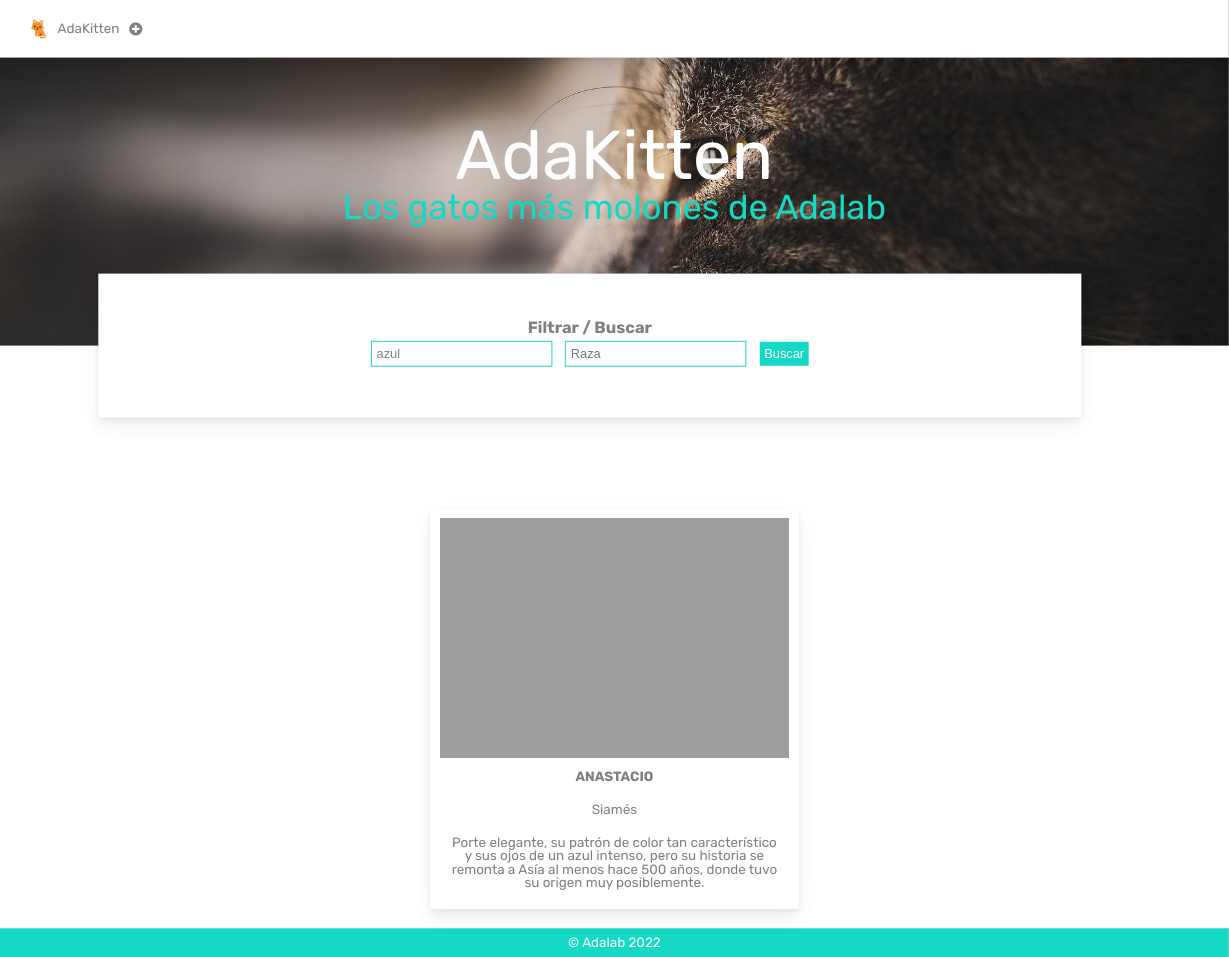
Repository: Adalab/promo-s-module-2-pair-7-sprint-1-ada-kitten
Page: index.html
The author's editor kept a copy of each file at every save. The page is drawn from the files as they stood at one save, then again after the next save.
The browser window is 1280 px wide. The pictures show the whole page, at 96% of full size.
Pictures or frames that could not be fetched are drawn as grey boxes. Some web libraries are served in a nearby version.

Above is the page before, as saved 2023-02-03 11:11:34.

### index.html
<!DOCTYPE html>
<html lang="es">
  <head>
    <meta charset="UTF-8" />
    <meta http-equiv="X-UA-Compatible" content="IE=edge" />
    <meta name="viewport" content="width=device-width, initial-scale=1.0" />
    <link rel="preconnect" href="https://fonts.googleapis.com" />
    <link rel="preconnect" href="https://fonts.gstatic.com" crossorigin />
    <link
      href="https://fonts.googleapis.com/css2?family=Rubik:wght@300;400;700&display=swap"
      rel="stylesheet"
    />
    <link
      rel="stylesheet"
      href="https://pro.fontawesome.com/releases/v5.10.0/css/all.css"
      integrity="sha384-AYmEC3Yw5cVb3ZcuHtOA93w35dYTsvhLPVnYs9eStHfGJvOvKxVfELGroGkvsg+p"
      crossorigin="anonymous"
    />
    <link rel="icon" href="./img/favicon.png" type="image/x-icon" />
    <link rel="stylesheet" href="./css/reset.css" />
    <link rel="stylesheet" href="./css/main.css" />
    <title>AdaKitten</title>
  </head>
  <body>
    <header class="header">
      <section class="logo">
        <img class="img" src="./img/favicon.png" alt="Logo de Adacats" />
        <h1>AdaKitten</h1>
        <nav class="menu-nav">
          <ul class="menu">
            <li class="item">
              <span class="fas fa-plus-circle"> </span>
            </li>
          </ul>
        </nav>
      </section>
    </header>

    <main>
      <section class="new-form collapsed js-new-form">
        <h2 class="title">¿Agregamos un nuevo gatito a Adalab?</h2>
        <form class="form">
          <input
            class="input"
            type="text"
            placeholder="Url de la foto"
            required
          />
          <input class="input" type="text" placeholder="Nombre" required />
          <input class="input" type="text" placeholder="Raza" />
          <input class="input" type="text" placeholder="Descripción" required />
          <label class=""></label>
          <button class="button">Añadir</button>
          <button class="button-cancel">Cancelar</button>
        </form>
      </section>

      <section class="about-us">
        <h1 class="title">AdaKitten</h1>
        <h2 class="subtitle">Los gatos más molones de Adalab</h2>
      </section>

      <section class="search">
        <h2 class="title">Filtrar / Buscar</h2>
        <form class="form">
          <input
            class="input js_in_search_desc"
            type="text"
            placeholder="Descripción"
            value="azul"
          />
          <input
            class="input"
            type="select"
            name="raza"
            placeholder="Raza"
            id="raza"
          />

          <button class="button">Buscar</button>
        </form>
      </section>

      <section class="data">
        <ul class="list js-list">
          <!--<li class="card">
            <article>
              <img
                class="card_img"
                src="https://dev.adalab.es/gato-siames.webp"
                alt="siames-cat"
              />
              <h3 class="card_title">Anastacio</h3>
              <h4 class="card_race">Siamés</h4>
              <p class="card_description">
                Porte elegante, su patrón de color tan característico y sus ojos
                de un azul intenso, pero su historia se remonta a Asía al menos
                hace 500 años, donde tuvo su origen muy posiblemente.
              </p>
            </article>
          </li>

          <li class="card">
            <img
              class="card_img"
              src="https://dev.adalab.es/sphynx-gato.webp"
              alt="sphynx-cat"
            />
            <h3 class="card_title">Fiona</h3>
            <h4 class="card_race">Sphynx</h4>
            <p class="card_description">
              Produce fascinación y curiosidad. Exótico, raro, bello, extraño…
              hasta con pinta de alienígena han llegado a definir a esta raza
              gatuna que se caracteriza por la «ausencia» de pelo.
            </p>
          </li>
          <li class="card">
            <img
              class="card_img"
              src="https://dev.adalab.es/maine-coon-cat.webp"
              alt="maine-coon-cat"
            />
            <h3 class="card_title">Cielo</h3>
            <h4 class="card_race">Maine Coon</h4>
            <p class="card_description">
              Tienen la cabeza cuadrada y los ojos simétricos, por lo que su
              bella mirada se ha convertido en una de sus señas de identidad.
              Sus ojos son grandes y las orejas resultan largas y en punta.
            </p>
          </li>-->
        </ul>
      </section>
    </main>
    <footer class="footer">
      <h3 class="subtittle">&copy; Adalab 2022</h3>
    </footer>
    <script src="./js/script.js"></script>
  </body>
</html>

### css/main.css
:root {
  --color-green: #14d9c4;
  font-family: 'Rubik', sans-serif;
  font-size: 14px;
  color: grey;
}

li {
  list-style: none;
}
.header {
  width: 100%;
  height: 50px;
  position: fixed;
  z-index: 1;
  top: 0;
  box-shadow: 0 0.46875rem 2.1875rem rgb(4 9 20 / 3%),
    0 0.9375rem 1.40625rem rgb(4 9 20 / 3%),
    0 0.25rem 0.53125rem rgb(4 9 20 / 5%), 0 0.125rem 0.1875rem rgb(4 9 20 / 3%);
  display: flex;
  justify-content: space-between;
  background-color: white;
  padding: 30px;
}
.header .logo {
  display: flex;
  justify-content: flex-start;
  align-items: center;
  width: 80vh;
}

.header .menu-nav {
  display: flex;
  justify-content: center;
  align-items: center;
}

.header .menu {
  display: flex;
}

.menu .item {
  padding: 10px;
}

.header .img {
  width: 30px;
  padding-right: 10px;
}

.header .view {
  display: flex;
}

.header .view .item {
  padding-right: 10px;
}

.about-us {
  background-image: url('../img/fondo.jpeg');
  width: 100%;
  height: 50vh;
  background-repeat: no-repeat;
  background-position: center;
  background-size: cover;
  display: flex;
  flex-direction: column;
  justify-content: center;
  align-items: center;
}

.about-us .title {
  color: white;
  font-size: 72px;
}
.about-us .subtitle {
  color: var(--color-green);
  font-size: 36px;
}

.search {
  width: 80%;
  background-color: white;
  box-shadow: 0 0.46875rem 2.1875rem rgb(4 9 20 / 3%),
    0 0.9375rem 1.40625rem rgb(4 9 20 / 3%),
    0 0.25rem 0.53125rem rgb(4 9 20 / 5%), 0 0.125rem 0.1875rem rgb(4 9 20 / 3%);
  height: 150px;
  transform: translate(10%, -50%);
  display: flex;
  flex-direction: column;
  justify-content: center;
  align-items: center;
}

.search .title {
  color: fff;
  font-size: 17px;
  font-weight: 600;
}

.data {
  padding: 20px;
}

.data .list {
  display: flex;
  flex-direction: row;
  flex-wrap: wrap;
  justify-content: flex-start;
  align-items: center;
}

.card {
  display: flex;
  flex-direction: column;
  justify-content: center;
  align-items: center;
  margin: auto;
  background-color: white;
  overflow: hidden;
  padding: 10px;
  transition: 0.25s all;
  width: 100vw;
  box-shadow: 0 0.46875rem 2.1875rem rgb(4 9 20 / 3%),
    0 0.9375rem 1.40625rem rgb(4 9 20 / 3%),
    0 0.25rem 0.53125rem rgb(4 9 20 / 5%), 0 0.125rem 0.1875rem rgb(4 9 20 / 3%);
  text-align: center;
}
@media all and (min-width: 500px) {
  .card {
    width: 30vw;
  }
}

.card_img {
  width: 100%;
  height: 250px;
  object-fit: cover;
}

.card_title {
  font-weight: 600;
  padding: 10px;
}

.card_race {
  padding: 10px;
}
.card_description {
  padding: 10px;
}

.footer {
  background-color: var(--color-green);
  height: 30px;
  width: 100%;
  display: flex;
  align-items: center;
  justify-content: center;
  color: white;
}

.new-form {
  top: 50px;
  width: 40vh;
  height: 100%;
  background-color: white;
  box-shadow: 0 0.46875rem 2.1875rem rgb(4 9 20 / 3%),
    0 0.9375rem 1.40625rem rgb(4 9 20 / 3%),
    0 0.25rem 0.53125rem rgb(4 9 20 / 5%), 0 0.125rem 0.1875rem rgb(4 9 20 / 3%);
  position: absolute;
  z-index: 2;
  display: flex;
  flex-direction: column;
  align-items: center;
}
.new-form .title {
  font-size: 18px;
  padding: 10px;
  margin-top: 20px;
}

.new-form .form {
  width: 80%;
  display: flex;
  flex-direction: column;
  padding: 10px;
}

.input {
  margin: 5px;
  padding: 5px;
  border: 0.5px solid var(--color-green);
  color: grey;
}

.button {
  background-color: var(--color-green);
  border: none;
  padding: 5px;
  margin: 5px;
  color: white;
}

.collapsed {
  display: none;
}

.button-cancel {
  background-color: grey;
  border: none;
  padding: 5px;
  margin: 5px;
  color: white;
}

### js/script.js
'use strict';

const newForm = document.querySelector('.js-new-form');

/* newForm.classList.remove("collapsed");*/

const dataList = document.querySelector(".js-list");


const kittenOneImage = "https://dev.adalab.es/gato-siames.webp";
const kittenOneName = "Anastacio";
const kittenOneDesc = "Porte elegante, su patrón de color tan característico y sus ojos de un azul intenso, pero su historia se remonta a Asía al menos hace 500 años, donde tuvo su origen muy posiblemente.";
const kittenOneRace = "Siamés";

const kittenTwoImage = "https://dev.adalab.es/sphynx-gato.webp";
const kittenTwoName = "Fiona";
const kittenTwoDesc = "Produce fascinación y curiosidad. Exótico, raro, bello, extraño... hasta con pinta de alienígena han llegado a definir a esta raza gatuna que se caracteriza por la «ausencia» de pelo.";
const kittenTwoRace = "Sphynx";

const kittenThreeImage = "https://dev.adalab.es/maine-coon-cat.webp"
const kittenThreeName = "Cielo";
const kittenThreeDesc = "Tienen la cabeza cuadrada y los ojos simétricos, por lo que su bella mirada se ha convertido en una de sus señas de identidad. Sus ojos son grandes y las orejas resultan largas y en punta.";
const kittenThreeRace = "Maine Coon";

const kittenOne = `<li class="card">
<article>
  <img
    class="card_img"
    src= ${kittenOneImage}
    alt="gatito"
  />
  <h3 class="card_title">${kittenOneName.toUpperCase()}</h3>
  <h4 class="card_race">${kittenOneRace}</h4>
  <p class="card_description">
  ${kittenOneDesc}
   </p>
</article>
</li>`;

const kittenTwo = `<li class="card">
<article>
  <img
    class="card_img"
    src= ${kittenTwoImage}
    alt="gatito"
  />
  <h3 class="card_title">${kittenTwoName.toUpperCase()}</h3>
  <h4 class="card_race">${kittenTwoRace}</h4>
  <p class="card_description">
  ${kittenTwoDesc}
   </p>
</article>
</li>`;

const kittenThree = `<li class="card">
<article>
  <img
    class="card_img"
    src= ${kittenThreeImage}
    alt="gatito"
  />
  <h3 class="card_title">${kittenThreeName.toUpperCase()}</h3>
  <h4 class="card_race">${kittenThreeRace}</h4>
  <p class="card_description">
  ${kittenThreeDesc}
   </p>
</article>
</li>`;

/*dataList.innerHTML = kittenOne;



/*const kittenTwo = `<li class="card">
            <img
              class="card_img"
              src="https://dev.adalab.es/sphynx-gato.webp"
              alt="sphynx-cat"
            />
            <h3 class="card_title">Fiona</h3>
            <h4 class="card_race">Sphynx</h4>
            <p class="card_description">
              Produce fascinación y curiosidad. Exótico, raro, bello, extraño…
              hasta con pinta de alienígena han llegado a definir a esta raza
              gatuna que se caracteriza por la «ausencia» de pelo.
            </p>
          </li>`*/

/*dataList.innerHTML += kittenTwo;*/

/*const kittenThree = `<li class="card">
            <img
              class="card_img"
              src="https://dev.adalab.es/maine-coon-cat.webp"
              alt="maine-coon-cat"
            />
            <h3 class="card_title">Cielo</h3>
            <h4 class="card_race">Maine Coon</h4>
            <p class="card_description">
              Tienen la cabeza cuadrada y los ojos simétricos, por lo que su
              bella mirada se ha convertido en una de sus señas de identidad.
              Sus ojos son grandes y las orejas resultan largas y en punta.
            </p>
          </li>`*/



/*dataList.innerHTML += kittenThree;*/


const input_search_desc = document.querySelector(".js_in_search_desc");
const descSearchText = input_search_desc.value;
if(kittenOneDesc.includes (descSearchText)) {
  dataList.innerHTML = kittenOne;
  }

if(kittenTwoDesc.includes (descSearchText)) {
  dataList.innerHTML += kittenTwo;
}
if(kittenThree.includes (descSearchText)) {
  dataList.innerHTML += kittenThree;
}
/*else {
  dataList.innerHTML = kittenOne;
  dataList.innerHTML += kittenTwo;
  dataList.innerHTML += kittenThree;

}*/

Loaded but not shown: css/reset.css (common file)

After the next save:
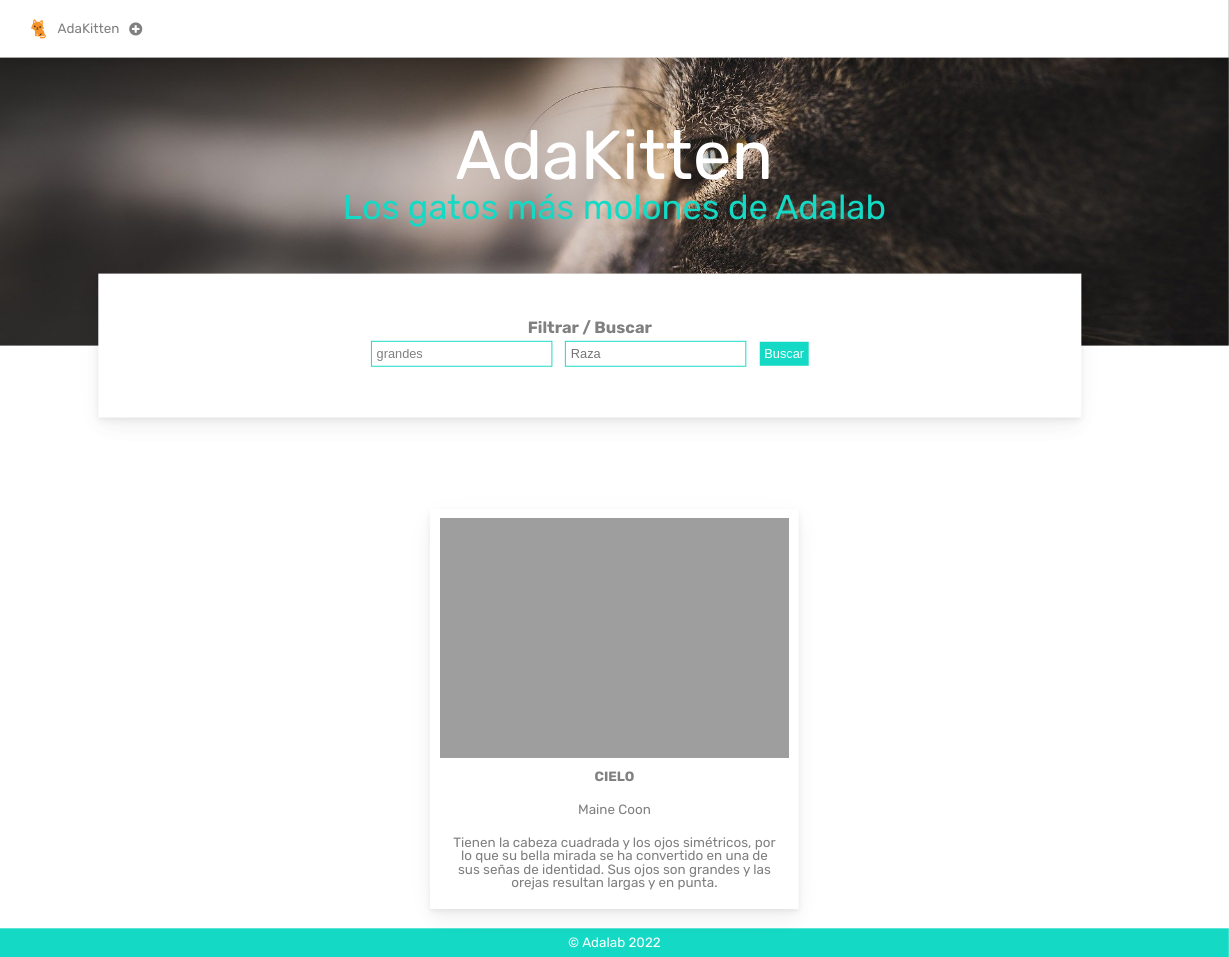
Saved 18 s later.
--- a/index.html
+++ b/index.html
@@ -67,7 +67,7 @@
             class="input js_in_search_desc"
             type="text"
             placeholder="Descripción"
-            value="azul"
+            value="grandes"
           />
           <input
             class="input"
